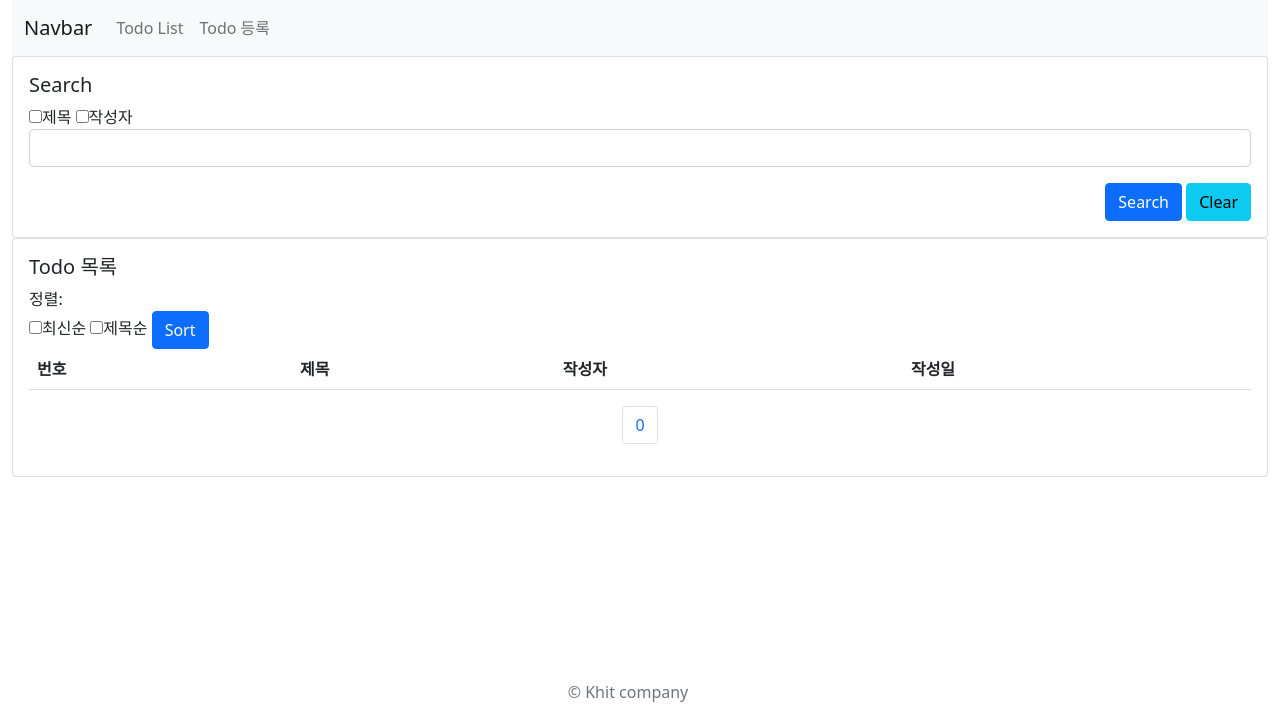
Repository: KyoungHwanJeong/springworks
Page: http://localhost/todoweb/WEB-INF/views/todo/pagelist.jsp
These files come from the project's save history. The page is drawn as it stood at one moment and after the next save; the edit follows.
The browser window is 1280 px wide. The pictures show the whole page.
The page is served by Tomcat 9. Nobody is signed in. Other server files are loaded and not shown. The template is opened directly, without the code that normally fills it, so the values that code supplies are empty.

Above is the page before, as saved 2024-01-10 05:27:20.

### todoweb/src/main/webapp/WEB-INF/views/todo/pagelist.jsp
<%@ page language="java" contentType="text/html; charset=UTF-8"
    pageEncoding="UTF-8"%>
<%@ taglib uri="http://java.sun.com/jsp/jstl/core" prefix="c" %>
<%@ taglib uri="http://java.sun.com/jsp/jstl/fmt" prefix="fmt" %>

<!DOCTYPE html>
<html>
<head>
<meta charset="UTF-8">
<title>Todo 목록</title>
</head>
<body>
	<div class="container-fluid">
		<jsp:include page="../layout/header.jsp" />
		<!-- 검색 영역 -->
		<div class="row content">
			<div class="col">
				<div class="card">
					<div class="card-body">
						<h5 class="card-title">Search</h5>
						<form action="/todo/paging" method="get">
							<div class="mb-3">
								<input type="checkbox" name="types" value="t"
									${pageRequestDTO.checkType('t') ? 'checked' : '' }>제목
								<input type="checkbox" name="types" value="w"
									${pageRequestDTO.checkType('w') ? 'checked' : '' }>작성자
								<input type="text" name="keyword" class="form-control"
									value="${pageRequestDTO.keyword}">
							</div>
							<div class="mb-3">
								<div class="float-end">
									<button type="submit" class="btn btn-primary">Search</button>
									<button type="reset" class="btn btn-info btnClear">Clear</button>
								</div>
							</div>
						</form>
					</div>
				</div>
			</div>
		</div>

		<!-- 본문 영역 -->
		<div class="row content">
			<div class="col">
				<div class="card">
					<div class="card-body">
						<h5 class="card-title">Todo 목록</h5>
							<form action="/todo/list_sort" method="get" class="list_sort">
								<div>
								<label>정렬: </label>
								<div>
								<input type="checkbox" name="sorts" value="recent"
								${pageRequestDTO.checkSort('recent') ? 'checked' : '' }>최신순
								<input type="checkbox" name="sorts" value="popular"
								${pageRequestDTO.checkSort('popular') ? 'checked' : '' }>제목순
								<button type="submit" class="btn btn-primary">Sort</button>
								</div>

								<!-- <select class="sort">
									<option type="text" name="sort" value="recent">최신순</option>
									<option type="text" name="sort" value="popular">제목순</option>
								</select>
								<input type="submit" value="정렬하기"> -->
								</div>
							</form>
						<table class="table">
							<thead>
								<tr>
									<th>번호</th><th>제목</th><th>작성자</th><th>작성일</th>
								</tr>
							</thead>
							<tbody>
								<c:forEach items="${responseDTO.dtoList}" var="todo">
								<tr>
									<td>${todo.tno}</td>
									<td><a href="/todo?tno=${todo.tno}&page=${responseDTO.page}">${todo.title}</a></td>
									<td>${todo.writer}</td>
									<td><fmt:formatDate value="${todo.createdDate}" pattern="yyyy년  MM월 dd일 HH:mm:ss" /></td>
								</tr>
								</c:forEach>
							</tbody>

						</table>

						<!-- 페이징 처리 -->
						<div class ="d-flex justify-content-center">
							<ul class="pagination flex-wrap">
								<!-- 이전 페이지 -->
								<c:if test="${responseDTO.prev}">
									<li class="page-item">
										<a class="page-link" href="/todo/paging?page=${responseDTO.startPage-1}">Previous</a>
									</li>
								</c:if>

								<!-- 페이지 번호 -->
								<c:forEach var="num" begin="${responseDTO.startPage}" end="${responseDTO.endPage}">
									<li class="page-item ${responseDTO.page eq num ? 'active' : '' }" >
										<a href="/todo/paging?page=${num}" class="page-link">${num}</a>
									</li>
								</c:forEach>

								<!-- 다음 페이지 -->
								<c:if test="${responseDTO.next}">
									<li class="page-item">
										<a class="page-link" href="/todo/paging?page=${responseDTO.endPage+1}">Next</a>
									</li>
								</c:if>
							</ul>
						</div><!-- 페이징 처리 -->
					</div>
				</div>
			</div>
		</div>	<!-- 본문 영역 닫기 -->
		<jsp:include page="../layout/footer.jsp"></jsp:include>
	</div>
	<script>
		//검색 조건 초기화
		let btnClear = document.querySelector(".btnClear");

		btnClear.addEventListener("click", function(){
			location.href = "/todo/paging";
		});

	</script>
</body>
</html>

### todoweb/src/main/webapp/WEB-INF/views/layout/header.jsp
<%@ page language="java" contentType="text/html; charset=UTF-8"
    pageEncoding="UTF-8"%>
<%@ taglib uri="http://java.sun.com/jsp/jstl/core" prefix="c" %>
<link href="https://cdn.jsdelivr.net/npm/bootstrap@5.1.3/dist/css/bootstrap.min.css" rel="stylesheet" integrity="sha384-1BmE4kWBq78iYhFldvKuhfTAU6auU8tT94WrHftjDbrCEXSU1oBoqyl2QvZ6jIW3" crossorigin="anonymous">
<script src="https://cdn.jsdelivr.net/npm/bootstrap@5.1.3/dist/js/bootstrap.bundle.min.js" integrity="sha384-ka7Sk0Gln4gmtz2MlQnikT1wXgYsOg+OMhuP+IlRH9sENBO0LRn5q+8nbTov4+1p" crossorigin="anonymous"></script>
<header>
<nav class="navbar navbar-expand-lg navbar-light bg-light">
  <div class="container-fluid">
    <a class="navbar-brand" href="/">Navbar</a>
    <button class="navbar-toggler" type="button" data-bs-toggle="collapse" data-bs-target="#navbarSupportedContent" aria-controls="navbarSupportedContent" aria-expanded="false" aria-label="Toggle navigation">
      <span class="navbar-toggler-icon"></span>
    </button>
    <div class="collapse navbar-collapse" id="navbarSupportedContent">
      <ul class="navbar-nav me-auto mb-2 mb-lg-0">
        <li class="nav-item">
          <a class="nav-link" href="/todo/paging">Todo List</a>
        </li>
        <li class="nav-item">
          <a class="nav-link" href="/todo/register">Todo 등록</a>
        </li>
      </ul>
    </div>
  </div>
</nav>

</header>

### todoweb/src/main/webapp/WEB-INF/views/layout/footer.jsp
<%@ page language="java" contentType="text/html; charset=UTF-8"
    pageEncoding="UTF-8"%>
<div class="row footer">
	<div class="row fixed-bottom">
		<footer>
			<p class="text-center text-muted">&copy; Khit company</p>
		</footer>
	</div>
</div>

After the next save:
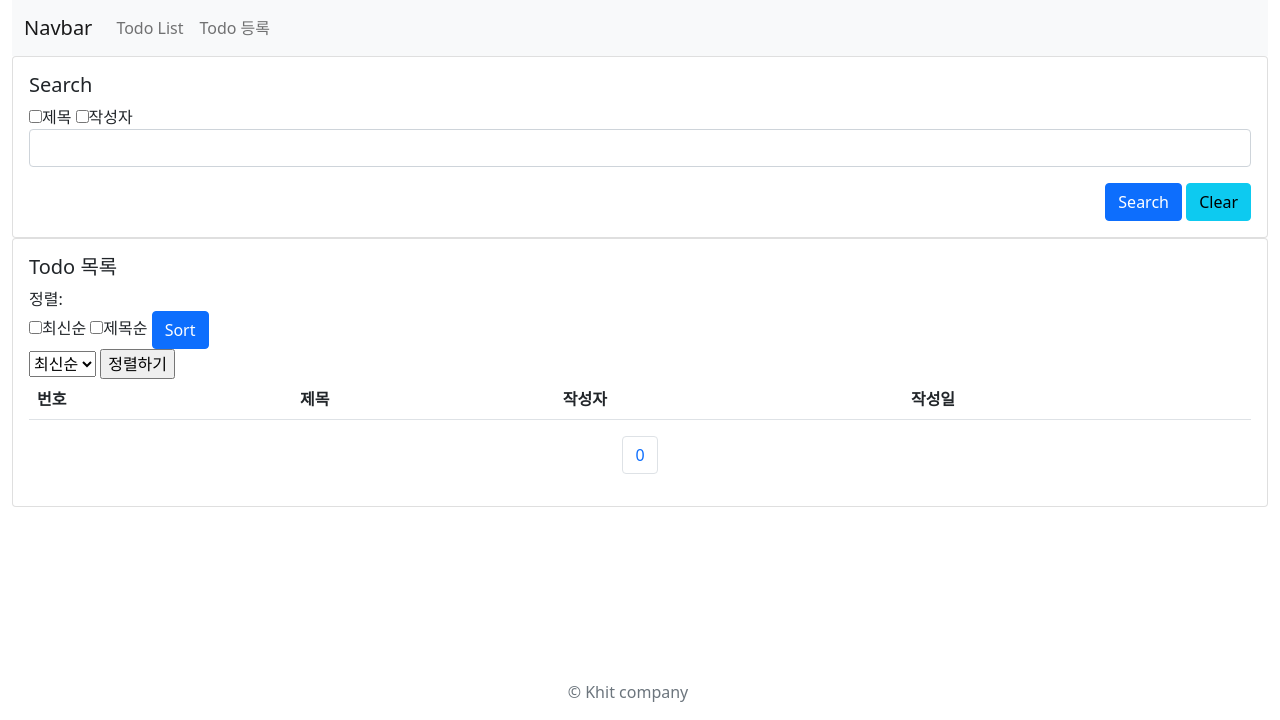
Saved 73 s later.
--- a/todoweb/src/main/webapp/WEB-INF/views/todo/pagelist.jsp
+++ b/todoweb/src/main/webapp/WEB-INF/views/todo/pagelist.jsp
@@ -56,11 +56,11 @@
 								<button type="submit" class="btn btn-primary">Sort</button>
 								</div>
 
-								<!-- <select class="sort">
+								<select class="sort">
 									<option type="text" name="sort" value="recent">최신순</option>
 									<option type="text" name="sort" value="popular">제목순</option>
 								</select>
-								<input type="submit" value="정렬하기"> -->
+								<input type="submit" value="정렬하기">
 								</div>
 							</form>
 						<table class="table">
